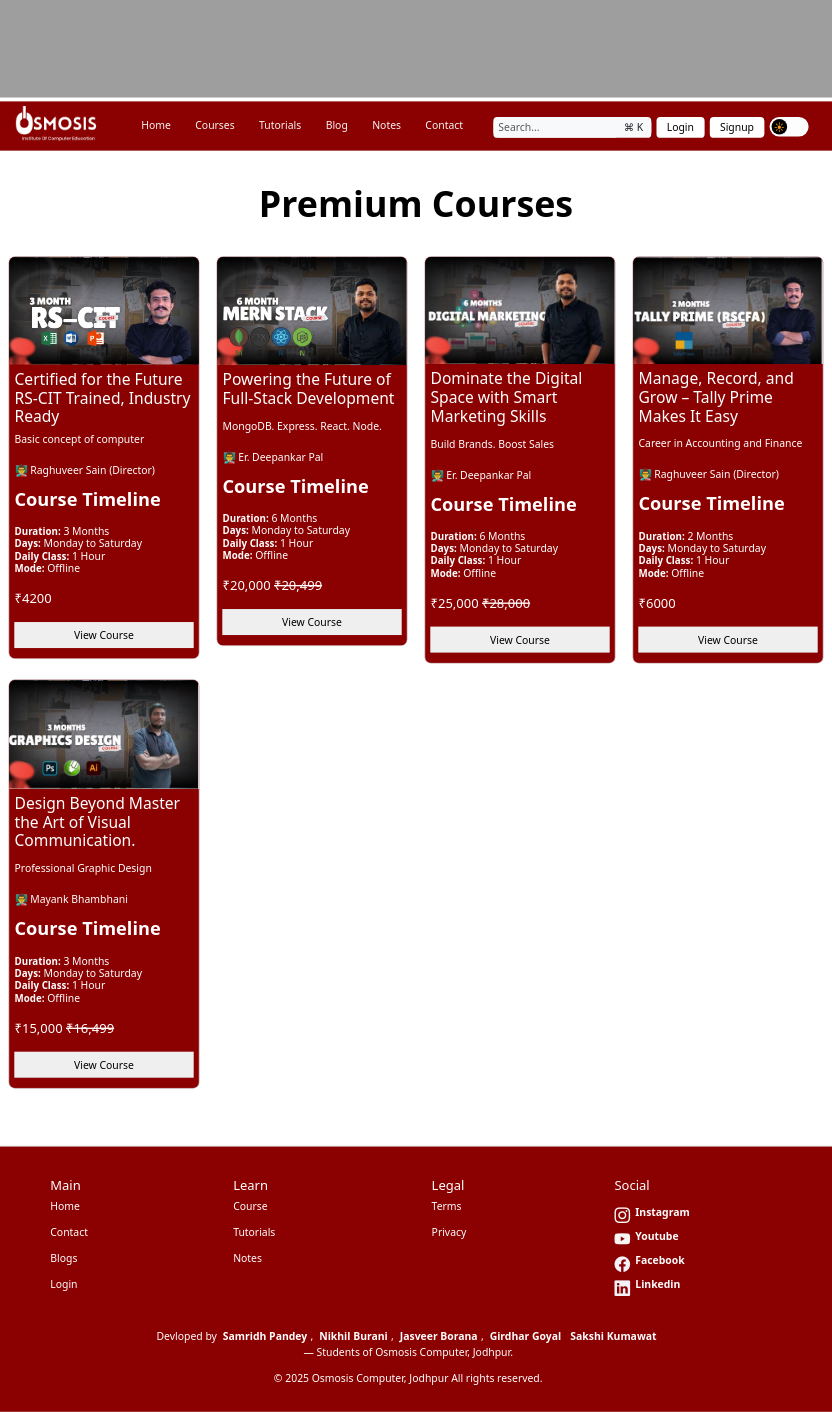
Repository: samriidhpandey/osmosis
Page: /Courses
The author's editor kept a copy of each file at every save. The page is drawn from the files as they stood at one save, then again after the next save.
The browser window is 1280 px wide. The pictures show the whole page, at 65% of full size.
Pictures or frames that could not be fetched are drawn as grey boxes. The project was rebuilt for these pictures with package versions that can differ from the ones it lists, and the page was loaded fresh each time. Also part of the build but not shown: vite.config.js, src/Section2.jsx, src/Section3.jsx, src/Section4.jsx, src/InfiniteReviewScroll.jsx, src/Section5.jsx, src/TypingText.jsx, src/AnimatedName.jsx and 103 more. Imported but missing from the stored project, and not drawn on this page: src/Images/final-app-on-mobile.mp4, src/Images/final-app-on-pc.mp4, src/Images/open-terminals.mp4, src/Images/python-location.mp4.

Above is the page before, as saved 2025-07-21 16:30:52.

After the next save:
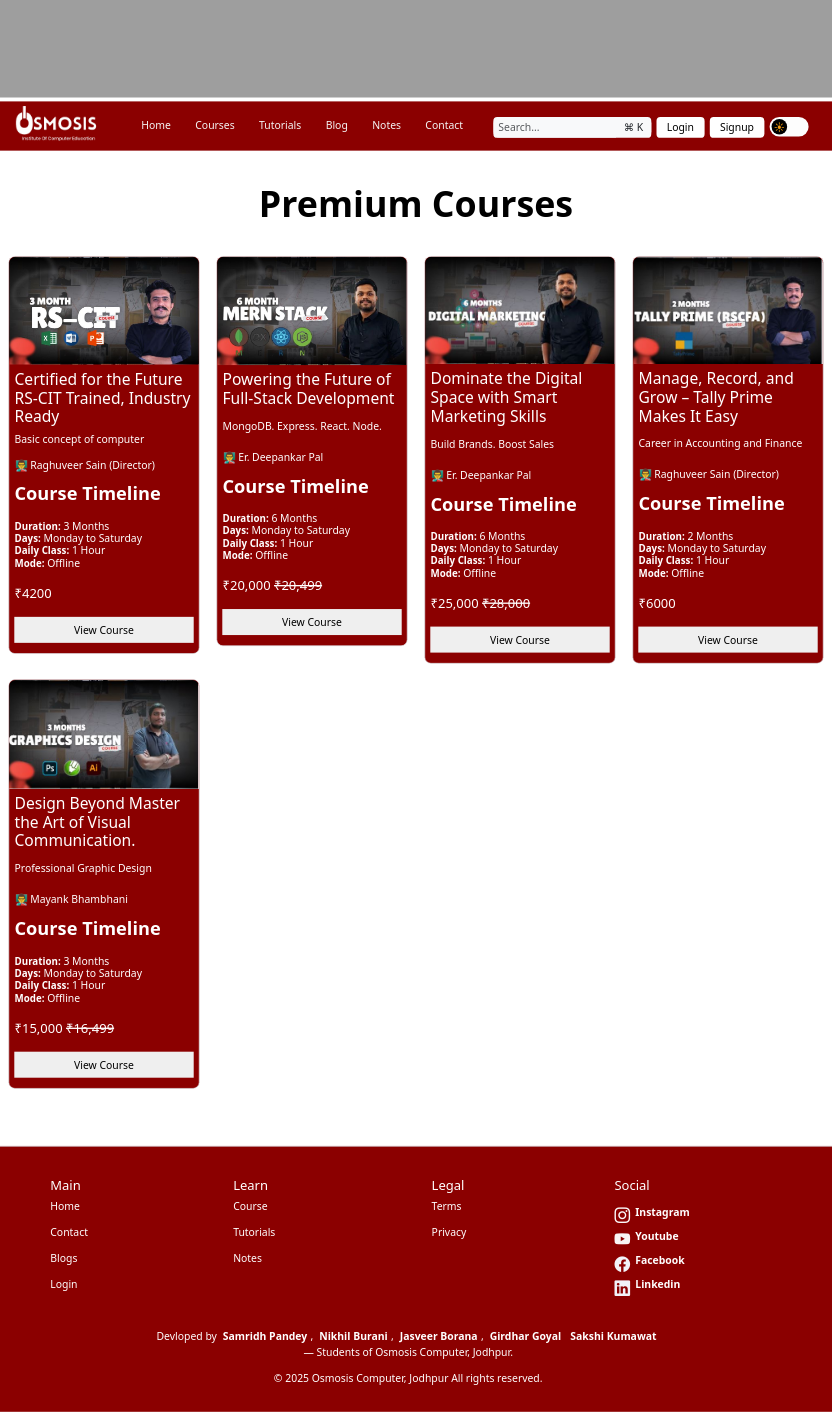
Saved 8 s later.
--- a/src/Component2/Courses.jsx
+++ b/src/Component2/Courses.jsx
@@ -53,7 +53,7 @@
               <div className=" p-2">
             <h4 className=''>Certified for the Future RS-CIT Trained, Industry Ready</h4>
             <p className=''>Basic concept of computer</p>
-            <p className='mt-4'>👨‍🏫 Raghuveer Sain (Director)</p>
+            <p className=''>👨‍🏫 Raghuveer Sain (Director)</p>
             <h3 style={headingStyle}>Course Timeline</h3>
       <p style={itemStyle}><strong>Duration:</strong> 3 Months</p>
       <p style={itemStyle}><strong>Days:</strong> Monday to Saturday</p>
